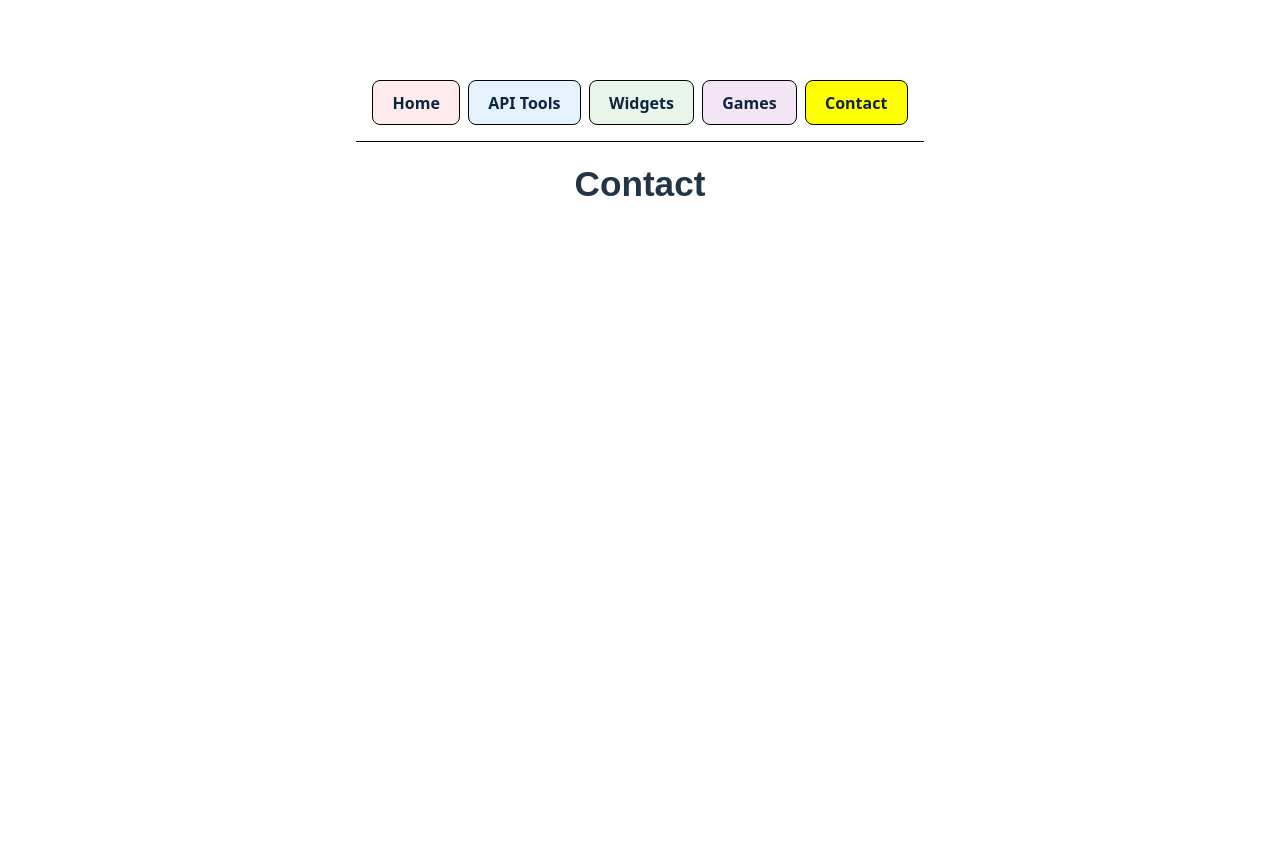
Repository: ourshadetree/TimPortfolio
Page: /contact
The author's editor kept a copy of each file at every save. The page is drawn from the files as they stood at one save, then again after the next save.
The browser window is 1280 px wide. The pictures show the whole page.
The project was rebuilt for these pictures with package versions that can differ from the ones it lists, and the page was loaded fresh each time. Also part of the build but not shown: vite.config.js, src/views/HomeView.vue, src/views/ApiTools.vue, src/views/Widgets.vue, src/views/Games.vue.

Above is the page before, as saved 2025-05-07 11:26:10.

After the next save:
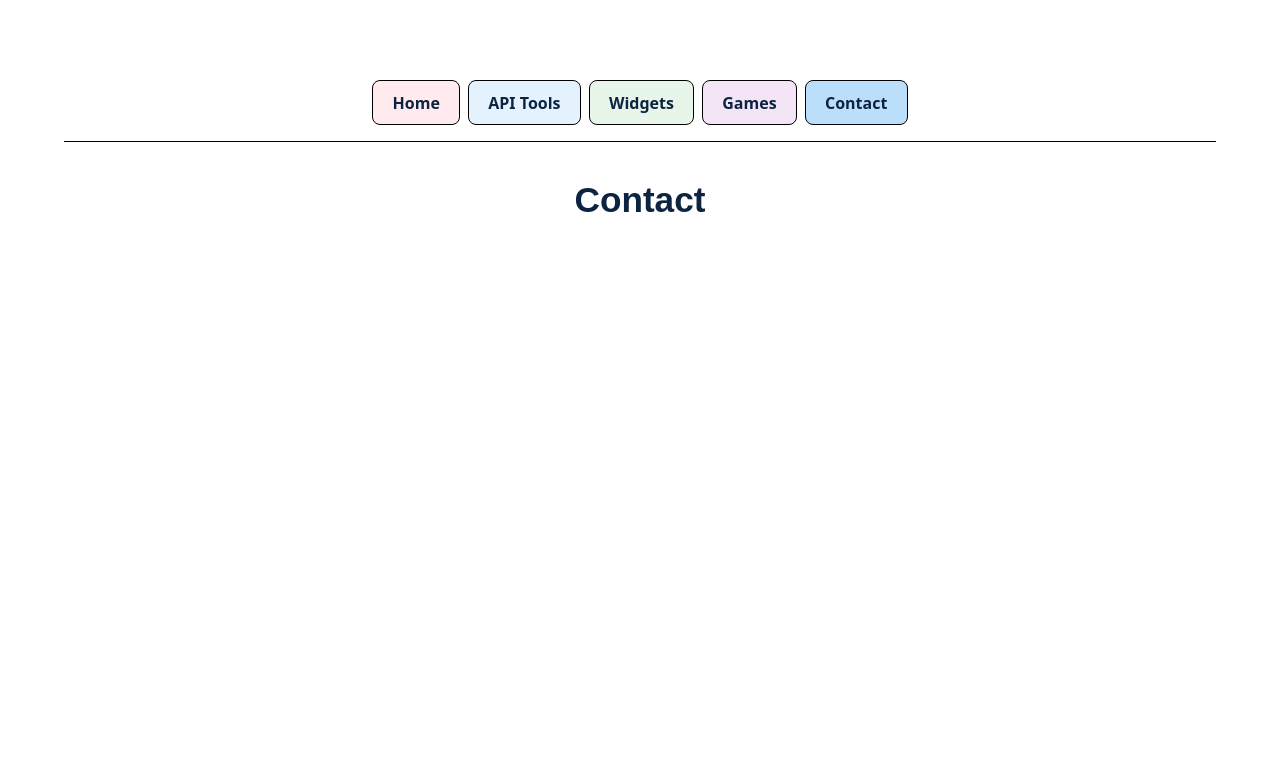
Saved 2 min 50 s later.
--- a/src/assets/style.css
+++ b/src/assets/style.css
@@ -1,37 +1,52 @@
+/* ------------------------------------------------------------------------
+   src/assets/style.css
+   ————————————————————————————————————————————————————————————————
+   1) Reset / base
+   2) Layout (#app, header/nav)
+   3) Typography (h1)
+   4) Tabs (.tab, .tab--*)
+   5) Buttons, links, etc.
+   ------------------------------------------------------------------------ */
+
+/* 1) -------- Reset / Base -------- */
 :root {
-  font-family: system-ui, Avenir, Helvetica, Arial, sans-serif;
+  /* overall color scheme */
+  background-color: #ffffff;
+  color: #0C2442; /* dark blue text */
+  font-family: Karla, system-ui, sans-serif;
   line-height: 1.5;
-  font-weight: 400;
-
-  color-scheme: light dark;
-  color: rgba(255, 255, 255, 0.87);
-  background-color: #242424;
-
-  font-synthesis: none;
-  text-rendering: optimizeLegibility;
-  -webkit-font-smoothing: antialiased;
-  -moz-osx-font-smoothing: grayscale;
 }
 
-a {
-  font-weight: 500;
-  color: #646cff;
-  text-decoration: inherit;
-}
-a:hover {
-  color: #535bf2;
+*,
+*::before,
+*::after {
+  box-sizing: border-box;
+  margin: 0;
+  padding: 0;
 }
 
-body {
-  margin: 0;
-  display: flex;
-  place-items: center;
-  min-width: 320px;
+/* 2) --------#app & header/nav layout -------- */
+#app {
+  max-width: 1280px;
+  margin: 0 auto;
+  padding: 2rem;
+  text-align: center;
+  background: white;
   min-height: 100vh;
 }
 
-/* src/style.css */
+header {
+  padding-bottom: 1rem;
+  border-bottom: 1px solid black;
+  margin-bottom: 2rem;
+}
 
+nav {
+  display: inline-flex;
+  gap: 0.5rem;
+}
+
+/* 3) -------- Typography -------- */
 #app h1 {
   font-family: 'Sora', sans-serif;
   font-size: 2.2rem;
@@ -39,48 +54,49 @@ body {
   margin: 1rem 0;
 }
 
-/* …and whatever else you had in here… */
+/* 4) -------- Tabs -------- */
+.tab {
+  display: inline-block;
+  padding: 0.6rem 1.2rem;
+  border: 1px solid black;
+  border-radius: 8px;
+  text-decoration: none;
+  font-weight: bold;
+  color: #0C2442;
+  transition: opacity 0.2s;
+}
+.tab:hover {
+  opacity: 0.8;
+}
 
+/* Pastel for each */
+.tab--home     { background: #FFEBEE; } /* very light pink */
+.tab--api      { background: #E3F2FD; } /* very light blue */
+.tab--widgets  { background: #E8F5E9; } /* very light green */
+.tab--games    { background: #F3E5F5; } /* very light purple */
+.tab--contact  { background: #FFFDE7; } /* very light yellow */
 
+/* Active tab override */
+.router-link-active {
+  /* pastel‑blue highlight for whichever is active */
+  background: #BBDEFB !important;
+}
+
+/* 5) -------- Buttons & Links -------- */
 button {
   border-radius: 8px;
-  border: 1px solid transparent;
-  padding: 0.6em 1.2em;
-  font-size: 1em;
-  font-weight: 500;
-  font-family: inherit;
-  background-color: #1a1a1a;
+  border: 1px solid black;
+  padding: 0.6rem 1.2rem;
+  font: inherit;
+  background: #f0f0f0;
   cursor: pointer;
-  transition: border-color 0.25s;
+  transition: background 0.2s;
 }
 button:hover {
-  border-color: #646cff;
-}
-button:focus,
-button:focus-visible {
-  outline: 4px auto -webkit-focus-ring-color;
+  background: #e0e0e0;
 }
 
-.card {
-  padding: 2em;
+a {
+  color: inherit;
+  text-decoration: none;
 }
-
-#app {
-  max-width: 1280px;
-  margin: 0 auto;
-  padding: 2rem;
-  text-align: center;
-}
-
-@media (prefers-color-scheme: light) {
-  :root {
-    color: #213547;
-    background-color: #ffffff;
-  }
-  a:hover {
-    color: #747bff;
-  }
-  button {
-    background-color: #f9f9f9;
-  }
-}
